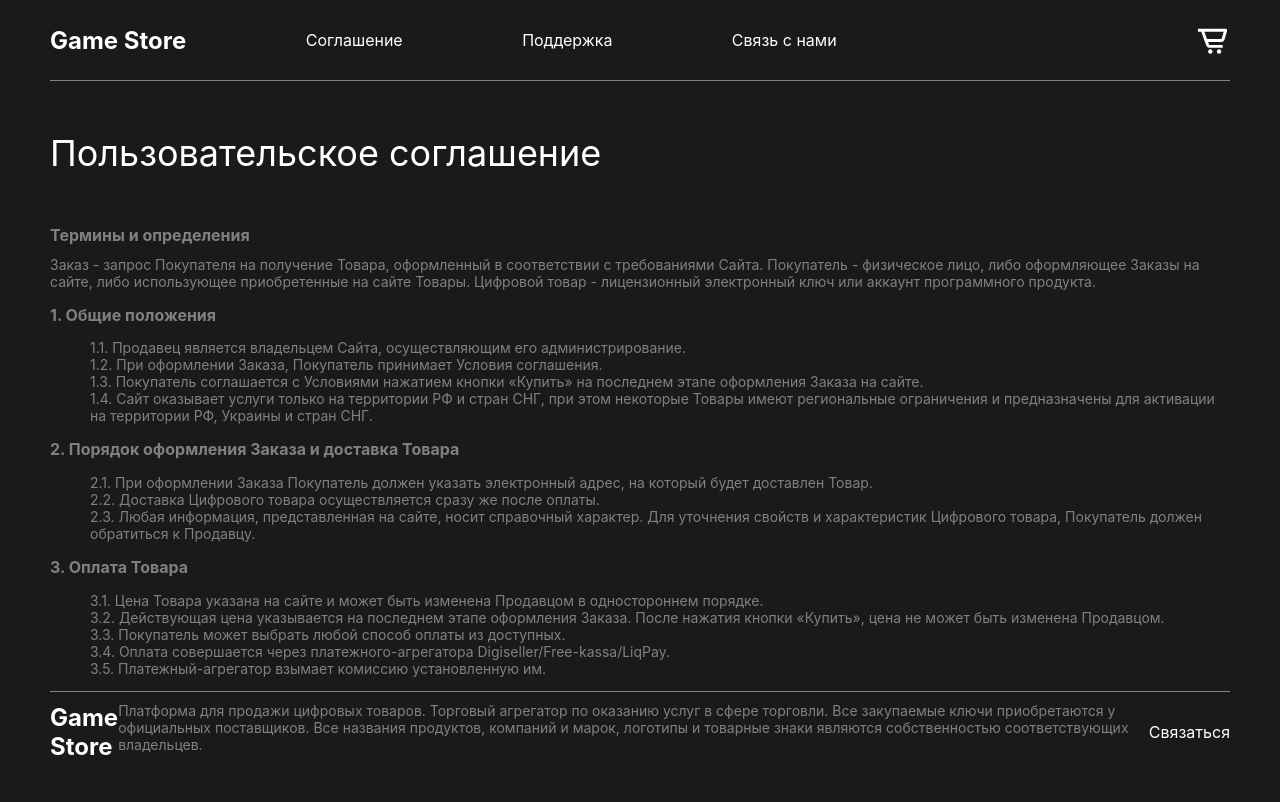
Repository: Minkeani/GameStore
Page: /agreement
An editor plug-in stored every save of this project. The page is shown before and after the next save, followed by the edit.
The browser window is 1280 px wide. The pictures show the whole page.
The project was rebuilt for these pictures with package versions that can differ from the ones it lists, and the page was loaded fresh each time. Also part of the build but not shown: src/components/ItemsInCart/ItemsInCart.css, src/components/ItemsInCart/ItemsInCart.jsx, src/components/CartMenu/CartMenu.css, src/components/Btn/Btn.css, src/components/Btn/Btn.jsx, src/components/CartItem/CartItem.css, src/components/CartItem/CartItem.jsx, src/components/utils/utils.js and 17 more.

Above is the page before, as saved 2022-09-11 10:55:42.

After the next save:
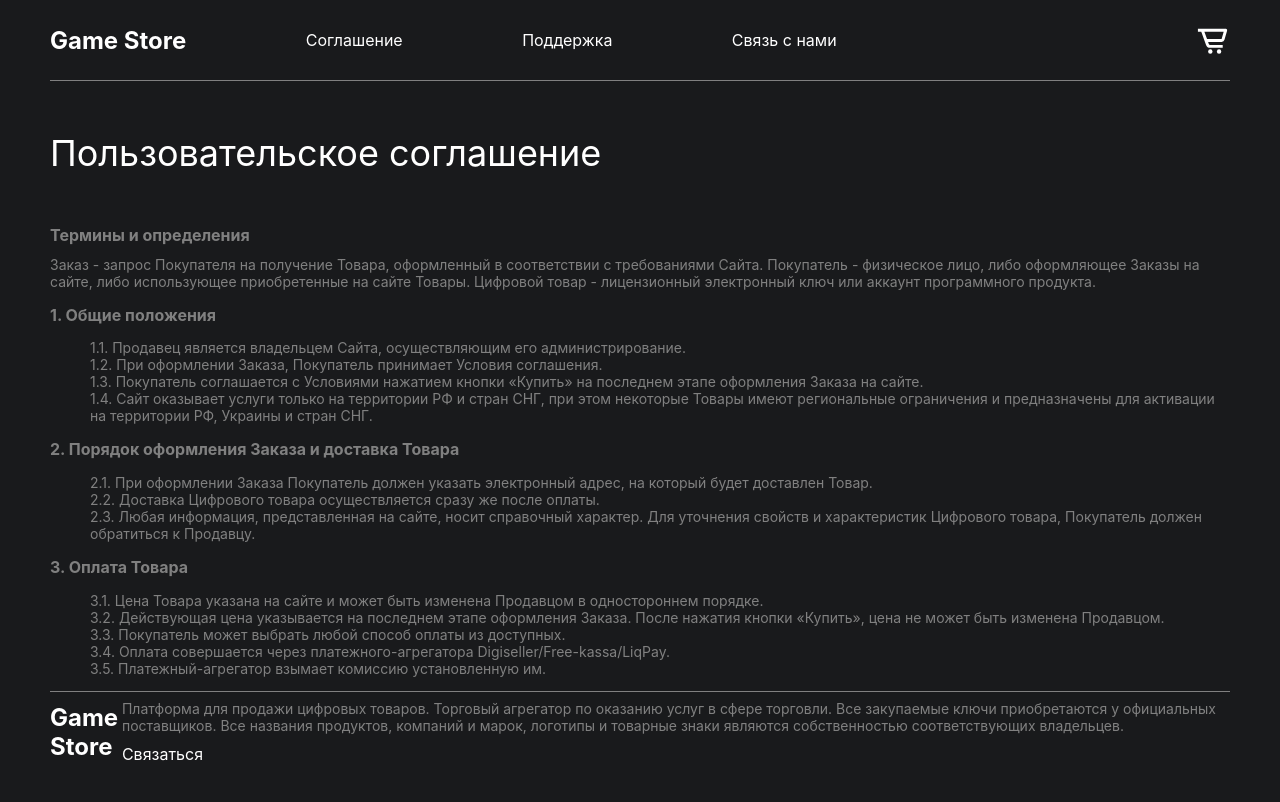
Saved 60 s later.
--- a/src/components/Footer/Footer.jsx
+++ b/src/components/Footer/Footer.jsx
@@ -6,9 +6,13 @@ const Footer = () => {
     return (
         <div className='footer'>
             <div className="wrapper__footer">
-            <Link to='/' className='header__store-title'>Game Store</Link>
-            <P>Платформа для продажи цифровых товаров. Торговый агрегатор по оказанию услуг в сфере торговли. Все закупаемые ключи приобретаются у официальных поставщиков. Все названия продуктов, компаний и марок, логотипы и товарные знаки являются собственностью соответствующих владельцев.</P>
+                        <Link to='/' className='header__store-title'>Game Store</Link>
+
+            <div>
+<P>Платформа для продажи цифровых товаров. Торговый агрегатор по оказанию услуг в сфере торговли. Все закупаемые ключи приобретаются у официальных поставщиков. Все названия продуктов, компаний и марок, логотипы и товарные знаки являются собственностью соответствующих владельцев.</P>
             <a href='#'>Связаться</a>
+            </div>
+
             </div>
         </div>
     );
